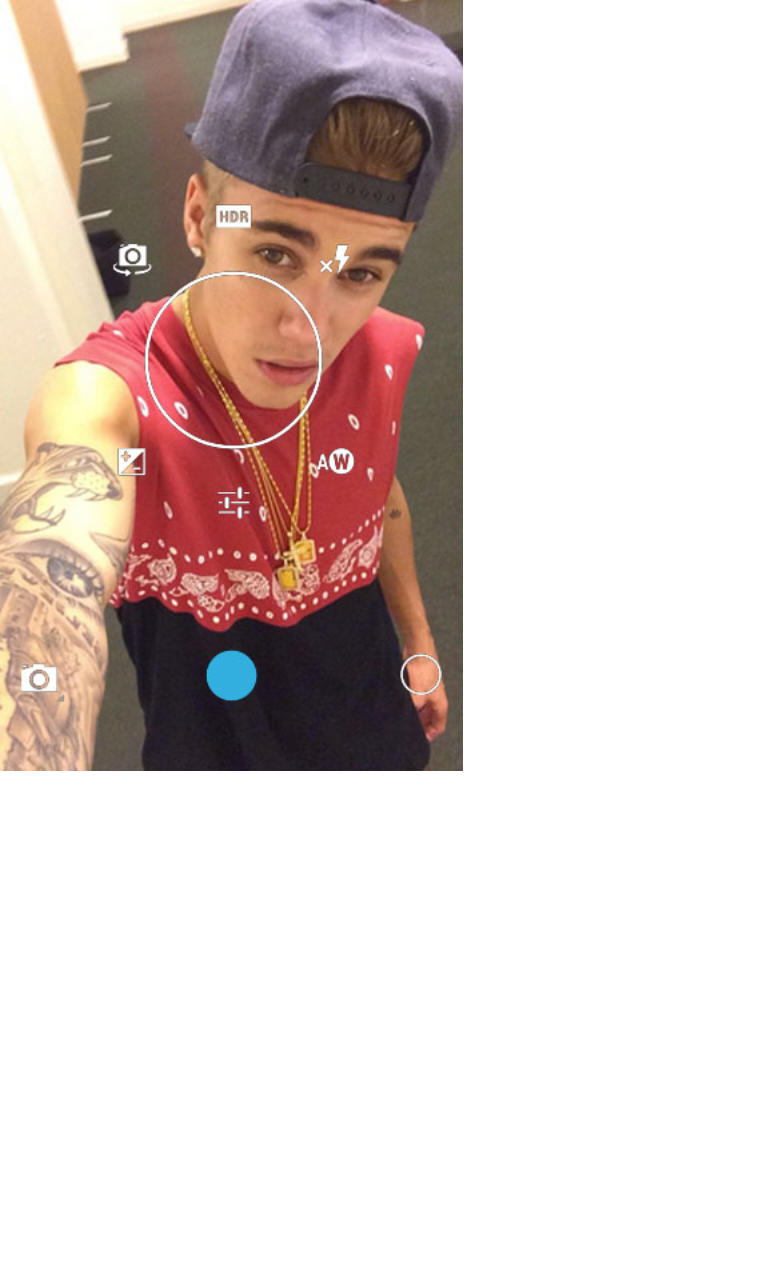
Repository: jonathansparks/Always-On-Always-Connected
Layout: Catify/res/layout/activity_save_photo.xml
These files come from the project's save history. The layout is drawn as it stood at one moment and after the next save; the edit follows.
It is drawn on a 768 x 1280 px phone screen (xhdpi) without system bars, with theme AppTheme; the app's code is not run.

Above is the layout before, as saved 2014-02-23 21:25:42.

### Catify/res/layout/activity_save_photo.xml
<?xml version="1.0" encoding="utf-8"?>
<LinearLayout xmlns:android="http://schemas.android.com/apk/res/android"
    android:layout_width="match_parent"
    android:layout_height="match_parent"
    android:orientation="vertical" >

    <ImageView
        android:id="@+id/imageView1"
        android:layout_width="wrap_content"
        android:layout_height="wrap_content"
        android:layout_alignParentTop="true"
        android:layout_centerHorizontal="true"
        android:src="@drawable/catify_bieber" />

</LinearLayout>

Loaded but not shown: Catify/res/values/styles.xml (common file); Catify/res/values-v11/styles.xml (common file); Catify/res/values-v14/styles.xml (common file)

After the next save:
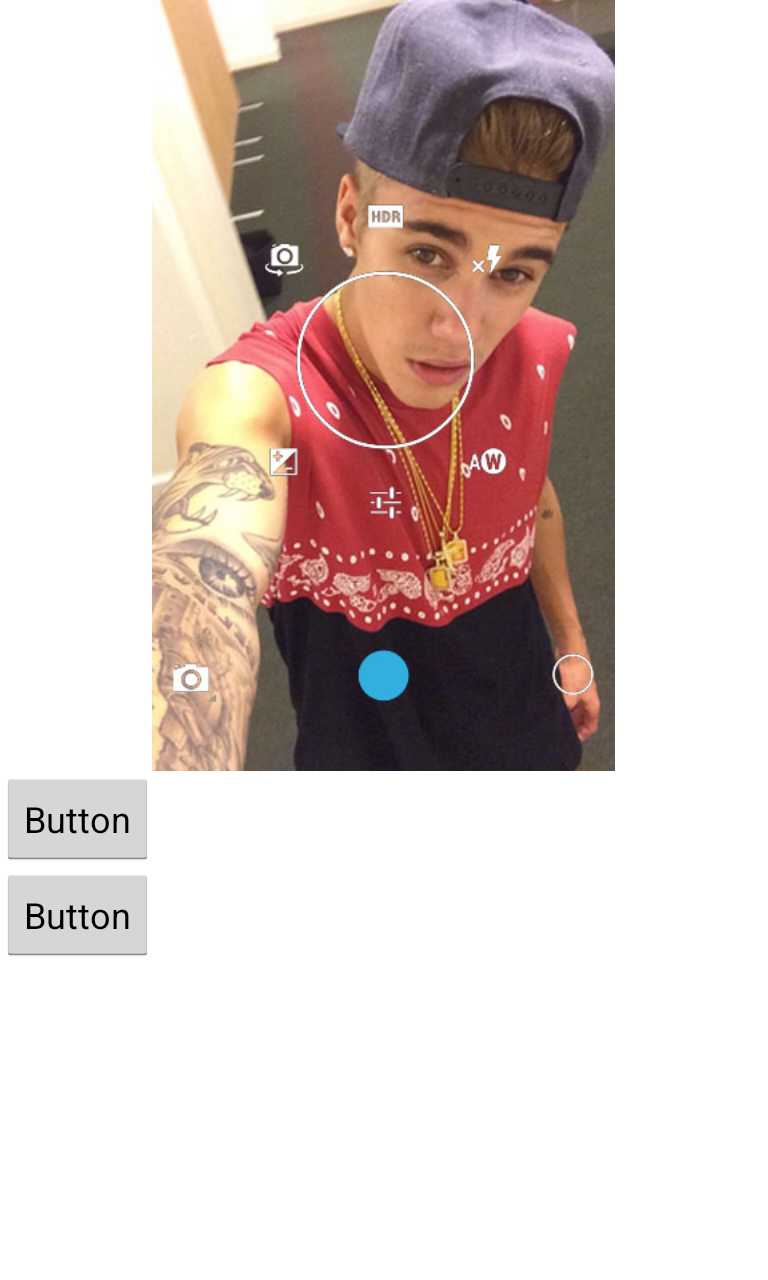
Saved 2 min 30 s later.
--- a/Catify/res/layout/activity_save_photo.xml
+++ b/Catify/res/layout/activity_save_photo.xml
@@ -8,8 +8,19 @@
         android:id="@+id/imageView1"
         android:layout_width="wrap_content"
         android:layout_height="wrap_content"
-        android:layout_alignParentTop="true"
-        android:layout_centerHorizontal="true"
+        android:layout_gravity="center_horizontal"
         android:src="@drawable/catify_bieber" />
 
+    <Button
+        android:id="@+id/button1"
+        android:layout_width="wrap_content"
+        android:layout_height="wrap_content"
+        android:text="Button" />
+
+    <Button
+        android:id="@+id/button2"
+        android:layout_width="wrap_content"
+        android:layout_height="wrap_content"
+        android:text="Button" />
+
 </LinearLayout>
